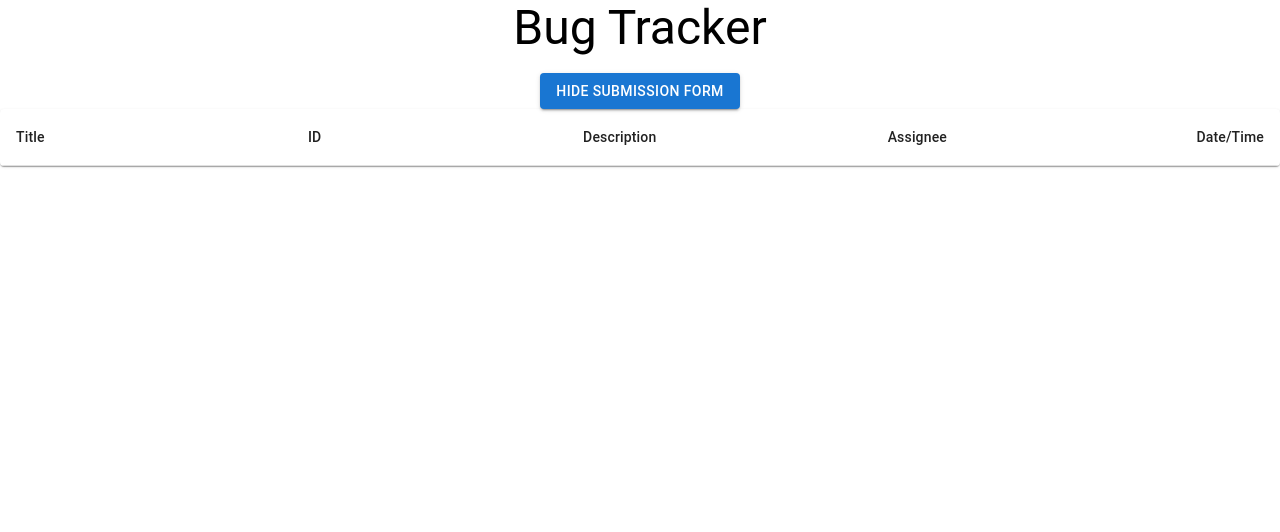
Repository: nj10deadend/RESTAPI-node-with-mongoDB
Page: /bug-table (app in client/frontend/), after clicking the first element matching `button.MuiButtonBase-root`
The author's editor kept a copy of each file at every save. The page is drawn from the files as they stood at one save, then again after the next save.
The browser window is 1280 px wide. The pictures show the whole page.
The page's requests for data from a server got no answer. The project was rebuilt for these pictures with package versions that can differ from the ones it lists, and the page was loaded fresh each time. No one was signed in, and anything a server would have sent is missing. Also part of the build but not shown: client/frontend/src/components/BugTableCell.js, client/frontend/src/components/Signup.js.

Above is the page before, as saved 2021-12-31 16:35:54.

After the next save:
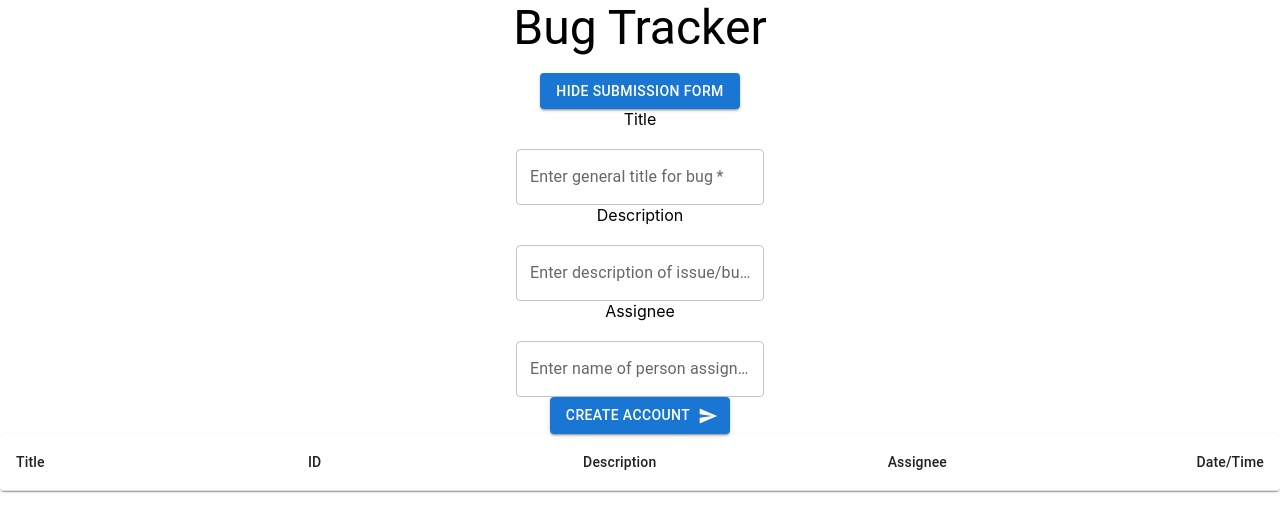
Saved 4 min 18 s later.
--- a/client/frontend/src/components/BugTable.js
+++ b/client/frontend/src/components/BugTable.js
@@ -68,7 +68,38 @@ function BugTable ({userFormData}) {
             <Button onClick={()=> setClicked(!clicked)} variant="contained">{newBugBttnTxt}</Button>
             {clicked && (
                 <form>
+                    <Box>
+                        <label for="title">Title</label>
+                        <br></br>
+                        <br></br>
+                        <TextField required id="outlined-basic1" label="Enter general title for bug"
+                        variant="outlined"
+                        onChange={(event) => {setTitle(event.target.value)}}
+                        value = {title}
+                        />
+                    </Box>
+                    <Box>
+                        <label for="description">Description</label>
+                        <br></br>
+                        <br></br>
+                        <TextField required id="outlined-basic1" label="Enter description of issue/bug"
+                        variant="outlined"
+                        onChange={(event) => {setDescription(event.target.value)}}
+                        value = {description}
+                        />
+                    </Box>
+                    <Box>
+                        <label for="assignee">Assignee</label>
+                        <br></br>
+                        <br></br>
+                        <TextField required id="outlined-basic1" label="Enter name of person assigned this bug (optional)"
+                        variant="outlined"
+                        onChange={(event) => {setAssignee(event.target.value)}}
+                        value = {assignee}
+                        />
+                    </Box>
 
+                    <Button variant="contained" endIcon={<SendIcon />} type="submit">Create account</Button>
                 </form>
             )}
 
